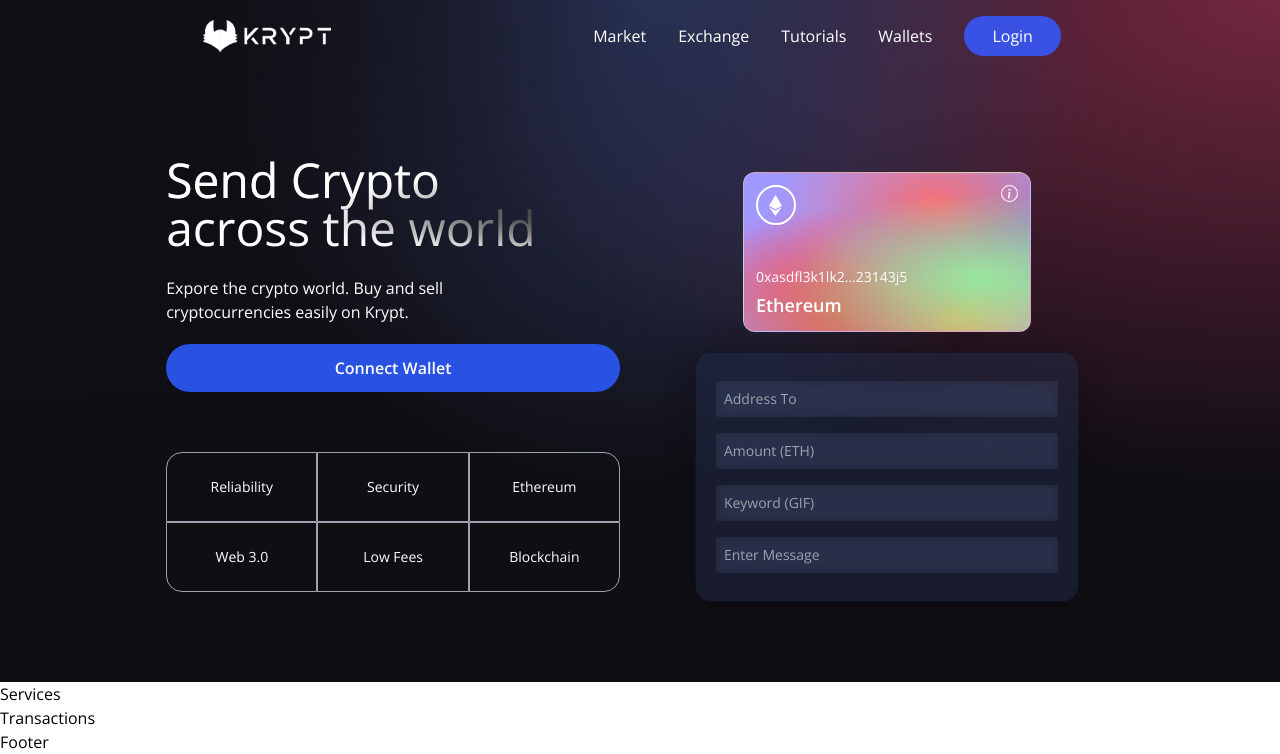
Repository: stephan-chiorean/krypt
Page: / (app in client/)
An editor plug-in stored every save of this project. The page is shown before and after the next save, followed by the edit.
The browser window is 1280 px wide. The pictures show the whole page.
The project was rebuilt for these pictures with package versions that can differ from the ones it lists, and the page was loaded fresh each time. Also part of the build but not shown: client/vite.config.js, client/src/components/Loader.jsx.

Above is the page before, as saved 2023-03-28 15:34:41.

### client/src/App.jsx
import {Navbar, Welcome, Footer, Services, Transactions} from './components';

const App = () => {

  return (
    <div className="min-h-screen">
      <div className="gradient-bg-welcome">
        <Navbar/>
        <Welcome/>
      </div>
      <Services/>
      <Transactions/>
      <Footer/>
    </div>
  )
}

export default App

### client/src/components/index.js
export {default as Loader} from './Loader';
export {default as Navbar} from './Navbar';
export {default as Footer} from './Footer';
export {default as Welcome} from './Welcome';
export {default as Transactions} from './Transactions';
export {default as Services} from './Services';

### client/src/components/Navbar.jsx
import { HiMenuAlt4 } from 'react-icons/hi';
import { AiOutlineClose } from 'react-icons/ai';
import { useState } from 'react';

import logo from '../../images/logo.png';

const NavbarItem = ({ title, classProps }) => {
  return <li className={`mx-4 cursor-pointer ${classProps}`}>{title}</li>;
};
export default () => {
  const [toggleMenu, setToggleMenu] = useState(false);
  return (
    <nav className='w-full flex md:justify-center justify-between items-center p-4'>
      <div className='md:flex-[0.5] flex-initial justify-center items-center'>
        <img src={logo} alt='logo' className='w-32 cursor-pointer' />
      </div>
      <ul className='text-white md:flex hidden list-none flex-row justify-between items-center flex-initial'>
        {['Market', 'Exchange', 'Tutorials', 'Wallets'].map((item, index) => (
          <NavbarItem key={item + index} title={item} />
        ))}
        <li className='bg-[#3952e3] py-2 px-7 mx-4 rounded-full cursor-pointer hover:bg-[#2546bd]'>
          Login
        </li>
      </ul>
      <div className='flex relative'>
        {toggleMenu ? (
          <AiOutlineClose
            fontSize={28}
            className='text-white md:hidden cursor-pointer'
            onClick={() => setToggleMenu(false)}
          />
        ) : (
          <HiMenuAlt4
            fontSize={28}
            className='text-white md:hidden cursor-pointer'
            onClick={() => setToggleMenu(true)}
          />
        )}
        {toggleMenu && (
          <ul className="z-10 fixed top-0 -right-2 p-3 w-[70vw] h-screen shadow-2xl md:hidden list-none flex flex-col justify-start items-end rounded-md blue-glassmorphism text-white animate-slide-in">
            <li className='text-xl w-full my-2'>
              <AiOutlineClose onClick={() => setToggleMenu(false)} className="cursor-pointer"/>
            </li>
            {['Market', 'Exchange', 'Tutorials', 'Wallets'].map(
              (item, index) => (
                <NavbarItem key={item + index} title={item} classProps="my-2 text-lg"/>
              )
            )}
          </ul>
        )}
      </div>
    </nav>
  );
};

### client/src/components/Footer.jsx
import React from 'react'

export default() => {
  return (
    <div>Footer</div>
  )
}

### client/src/components/Welcome.jsx
import { AiFillPlayCircle } from 'react-icons/ai';
import { SiEthereum } from 'react-icons/si';
import { BsInfoCircle } from 'react-icons/bs';
import { Loader } from './';
const commonStyles =
  'min-h-[70px] sm:px-0 px-2 sm:min-w-[120px] flex justify-center items-center border-[0.5px] border-gray-400 text-sm font-light text-white';

const Input = ({ placeholder, name, type, value, handleChange }) => (
  <input
    placeholder={placeholder}
    type={type}
    step='0.0001'
    value={value}
    onChange={(e) => handleChange(e, name)}
    className="my-2 w-full rounded-sm p-2 outline-none text-white border-none text-sm white-glassmorphism"
  />
);
export default () => {
  const connectWallet = () => {};
  return (
    <div className='flex w-full justify-center items-center'>
      <div className='flex md:flex-row flex-col itesm-start justify-between md:p-20 py-12 px-4'>
        <div className='flex flex-1 justify-start flex-col md:mr-10'>
          <h1 className='text-3xl sm:text-5xl text-white text-gradient py-1'>
            Send Crypto <br /> across the world
          </h1>
          <p className='text-left mt-5 text-white font-light md:w-9/12 w-11/12 text-base'>
            Expore the crypto world. Buy and sell cryptocurrencies easily on
            Krypt.
          </p>
          <button
            type='button'
            onClick={connectWallet}
            className='flex flex-row justify-center items-center my-5 bg-[#2952e3] p-3 rounded-full cursor-pointer hover:bg-[#2546bd]'
          >
            <p className='text-white text-base font-semibold'>Connect Wallet</p>
          </button>

          <div className='grid sm:grid-cols-3 grid-cols-2 w-full mt-10'>
            <div className={`rounded-tl-2xl ${commonStyles}`}>Reliability</div>
            <div className={commonStyles}>Security</div>
            <div className={`sm:rounded-tr-2xl ${commonStyles}`}>Ethereum</div>
            <div className={`sm:rounded-bl-2xl ${commonStyles}`}>Web 3.0</div>
            <div className={commonStyles}>Low Fees</div>
            <div className={`rounded-br-2xl ${commonStyles}`}>Blockchain</div>
          </div>
        </div>

        <div className='flex flex-col flex-1 items-center justify-start w-full md:mt-0 mt-10'>
          <div className='p-3 justify-end items-start flex-col rounded-xl h-40 sm:w-72 w-full my-5 eth-card white-glassmorphism'>
            <div className='flex justify-between flex-col w-full h-full'>
              <div className='flex justify-between items-start'>
                <div className='w-10 h-10 rounded-full border-2 border-white flex justify-center items-center'>
                  <SiEthereum fontSize={21} color='#fff' />
                </div>
                <BsInfoCircle fontSize={17} color='#fff' />
              </div>
              <div>
                <p className='text-white font-light text-sm'>
                  0xasdfl3k1lk2...23143j5
                </p>
                <p className='text-white font-semibold text-lg mt-1'>
                  Ethereum
                </p>
              </div>
            </div>
          </div>

          <div className='p-5 sm:w-96 w-full flex flex-col justify-start items-center blue-glassmorphism'>
            <Input
              placeholder='Address To'
              name='addressTo'
              type='text'
              handleChange={() => {}}
            />
            <Input
              placeholder='Amount (ETH)'
              name='amount'
              type='number'
              handleChange={() => {}}
            />
            <Input
              placeholder='Keyword (GIF)'
              name='keyword'
              type='text'
              handleChange={() => {}}
            />
            <Input
              placeholder='Enter Message'
              name='message'
              type='text'
              handleChange={() => {}}
            />
          </div>
        </div>
      </div>
    </div>
  );
};

### client/src/components/Transactions.jsx
import React from 'react'

export default() => {
  return (
    <div>Transactions</div>
  )
}

### client/src/components/Services.jsx
import React from 'react'

export default() => {
  return (
    <div>Services</div>
  )
}

Loaded but not shown: client/index.html (common file); client/src/main.jsx (common file); client/src/index.css (common file); client/tailwind.config.js (common file)

After the next save:
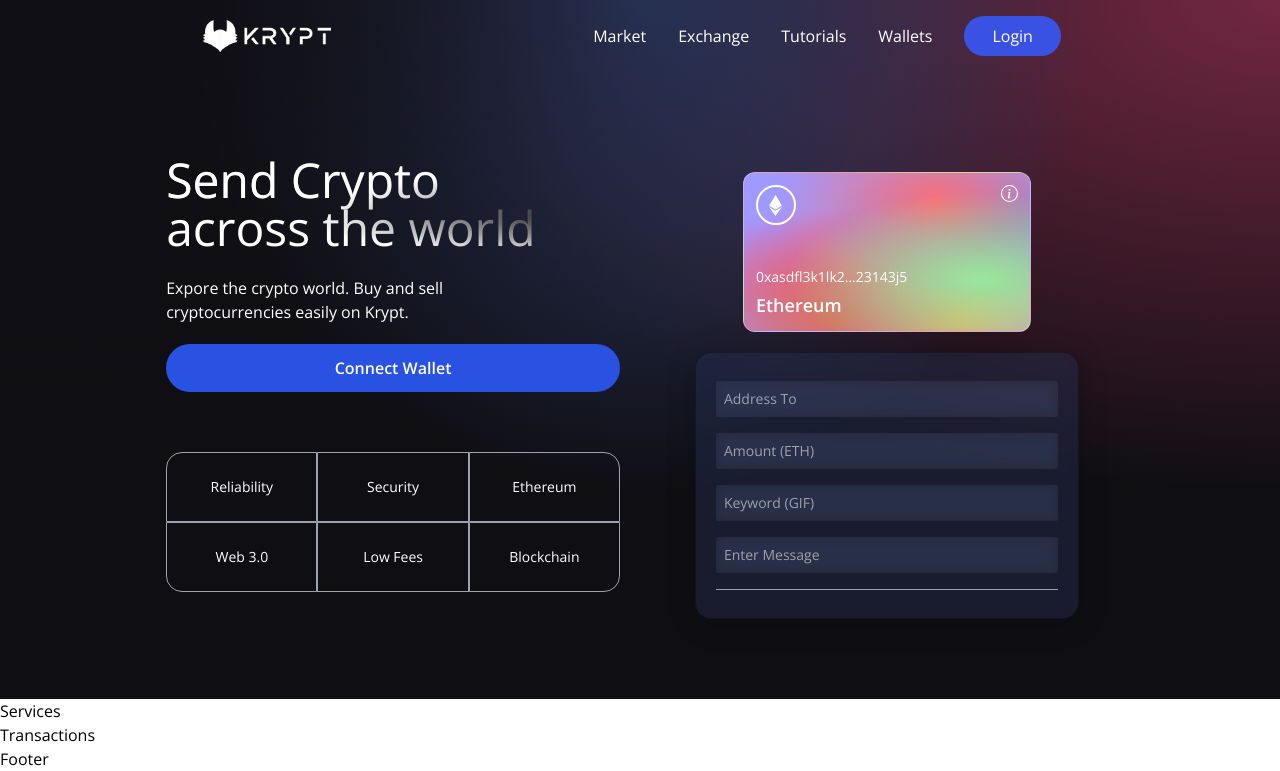
Saved 5 min 28 s later.
--- a/client/src/components/Welcome.jsx
+++ b/client/src/components/Welcome.jsx
@@ -91,6 +91,7 @@ export default () => {
               type='text'
               handleChange={() => {}}
             />
+            <div className="h-[1px] w-full bg-gray-400 my-2"/>
           </div>
         </div>
       </div>
